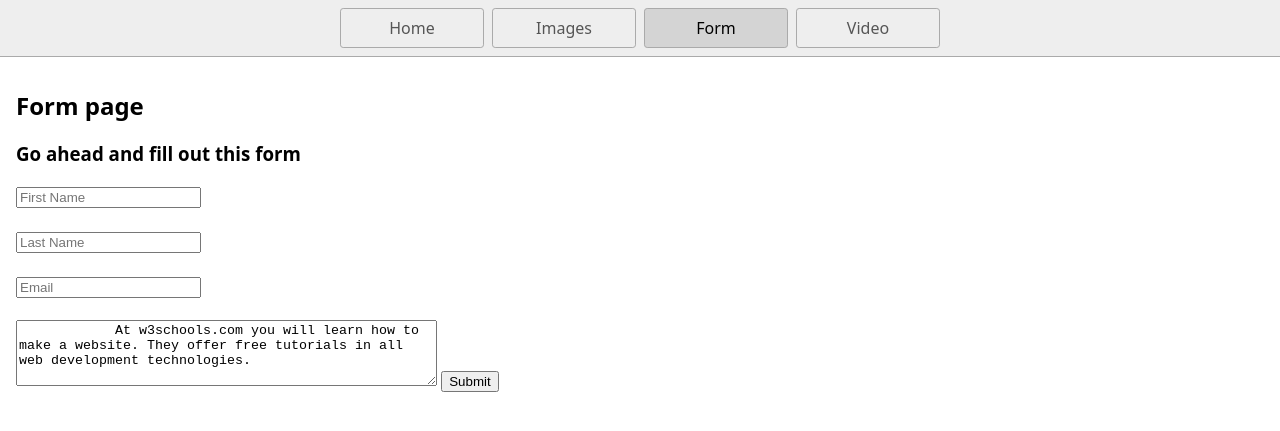
Repository: sebas6292/palmTree-Final
Page: Form.html
These files come from the project's save history. The page is drawn as it stood at one moment and after the next save; the edit follows.
The browser window is 1280 px wide. The pictures show the whole page.

Above is the page before, as saved 2023-05-27 11:08:00.
Not found: script.js

### Form.html
<!DOCTYPE html>
<html lang="en">
  <head>
    <title>Home</title>
    <meta charset="UTF-8" />
    <meta name="viewport" content="width=device-width" />
    <!--
      Need a visual blank slate?
      Remove all code in `styles.css`!
    -->
    <link rel="stylesheet" href="styles.css" />
    <script type="module" src="script.js"></script>
  </head>
  <body>
    <nav>
      <a href="/Home.html">Home</a>
      <a href="/Images.html">Images</a>
      <a href="/Form.html" aria-current="page">Form</a>
      <a href="/Video.html">Video</a>
    </nav>
    <main>
      <h1>Form page</h1>
      <h3>Go ahead and fill out this form</h3>
      <form action="/action_page.php">

        <input type="text" id="fname" name="fname" placeholder="First Name"><br>
        <br>
        <input type="text" id="lname" name="lname" placeholder="Last Name" ><br>
        <br>
        <input type="text" id="email" name="email" placeholder="Email"><br>
        <br>
        <!-- <textarea type="text" id="comment" name="comment" placeholder="Comment"></textarea><br> -->
        <textarea id="w3review" name="w3review" rows="4" cols="50">
            At w3schools.com you will learn how to make a website. They offer free tutorials in all web development technologies.
            </textarea>


        <input type="submit" value="Submit">
      </form>
    </main>
  </body>
</html>

### styles.css
* {
    box-sizing: border-box;
  }

  body {
    margin: 0;
    font-family: system-ui, sans-serif;
    color: black;
    background-color: white;
  }

  nav {
    display: flex;
    flex-wrap: wrap;
    align-items: center;
    justify-content: center;
    padding: 0.5rem;
    gap: 0.5rem;
    border-bottom: solid 1px #aaa;
    background-color: #eee;
  }

  nav a {
    display: inline-block;
    min-width: 9rem;
    padding: 0.5rem;
    border-radius: 0.2rem;
    border: solid 1px #aaa;
    text-align: center;
    text-decoration: none;
    color: #555;
  }

  nav a[aria-current='page'] {
    color: #000;
    background-color: #d4d4d4;
  }

  main {
    padding: 1rem;
  }

  h1 {
    font-weight: bold;
    font-size: 1.5rem;
  }

After the next save:
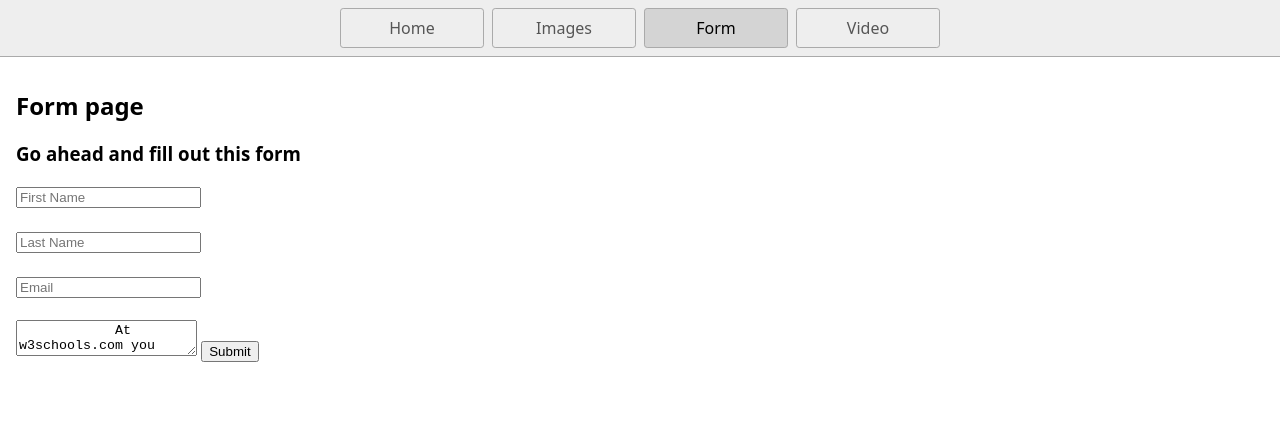
Saved 20 s later.
--- a/Form.html
+++ b/Form.html
@@ -30,7 +30,7 @@
         <input type="text" id="email" name="email" placeholder="Email"><br>
         <br>
         <!-- <textarea type="text" id="comment" name="comment" placeholder="Comment"></textarea><br> -->
-        <textarea id="w3review" name="w3review" rows="4" cols="50">
+        <textarea id="w3review" name="w3review" >
             At w3schools.com you will learn how to make a website. They offer free tutorials in all web development technologies.
             </textarea>
 
